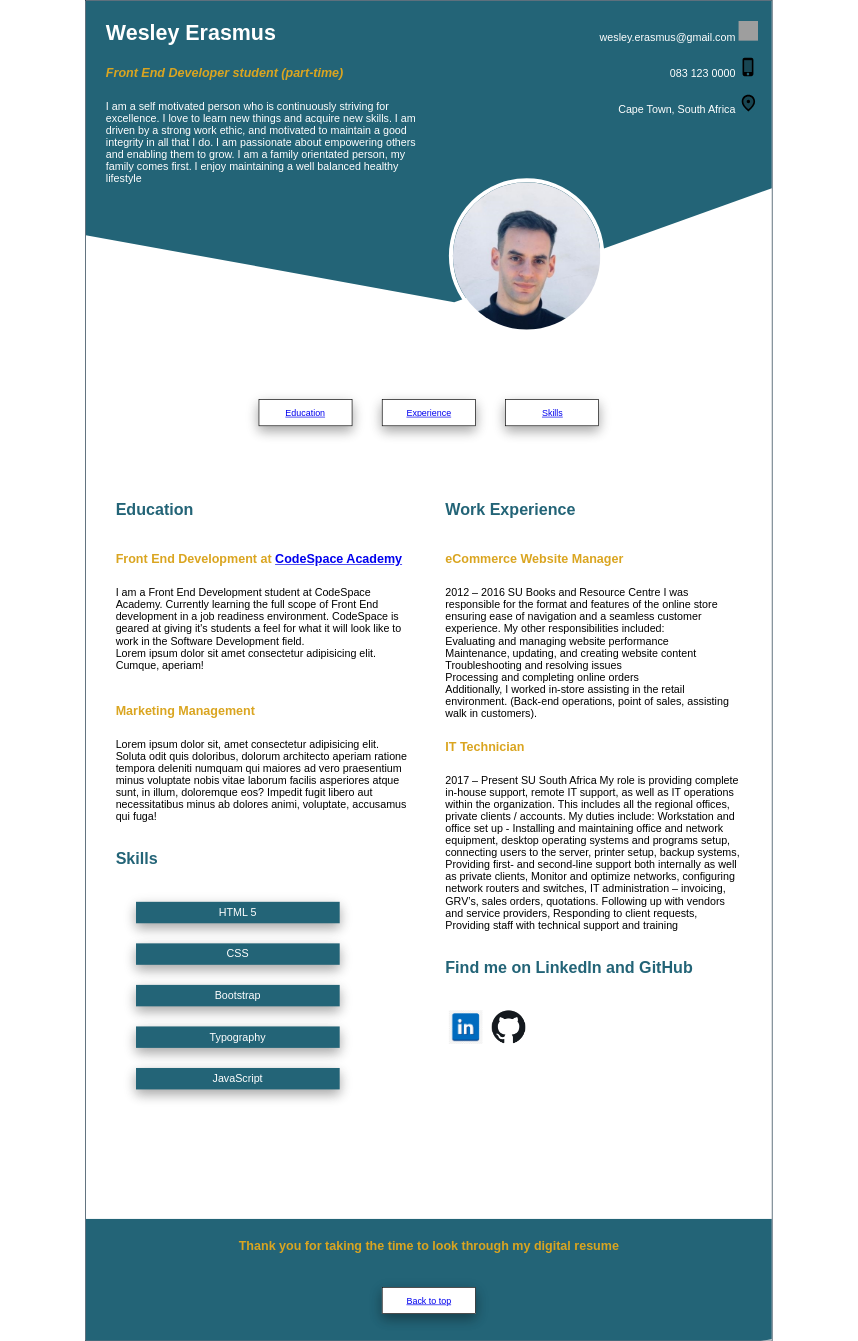
Repository: WesleyErasmus/myDigitalResume
Page: Resume-Projec-3/index.html
An editor plug-in stored every save of this project. The page is shown before and after the next save, followed by the edit.
The browser window is 1280 px wide. The pictures show the whole page, at 67% of full size.
Pictures or frames that could not be fetched are drawn as grey boxes.

Above is the page before, as saved 2022-02-12 23:06:02.

After the next save:
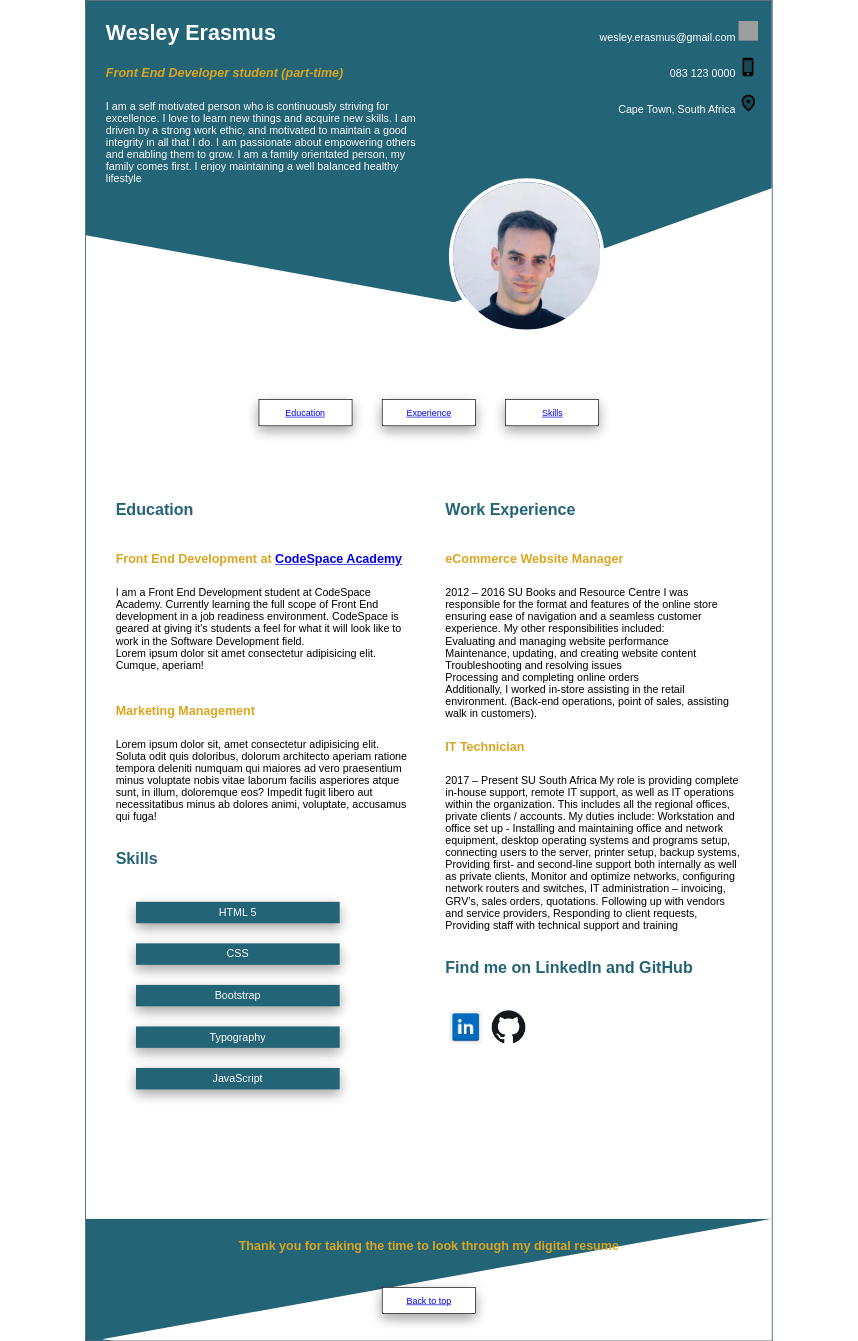
Saved 12 s later.
--- a/Resume-Projec-3/index.html
+++ b/Resume-Projec-3/index.html
@@ -112,7 +112,7 @@
     <svg class="svg-bot">
       <!-- <rect width="100%" height="100%" fill="red" />
       <circle cx="100%" cy="100%" r="150" fill="blue" stroke="black" /> -->
-      <polygon points="0,0 1024,0 1024,180 550,250 0,350" fill="#236477"/>
+      <polygon points="0,0 1024,0 24,180 550,250 0,350" fill="#236477"/>
     </svg>
 
   </footer>

After the save that followed:
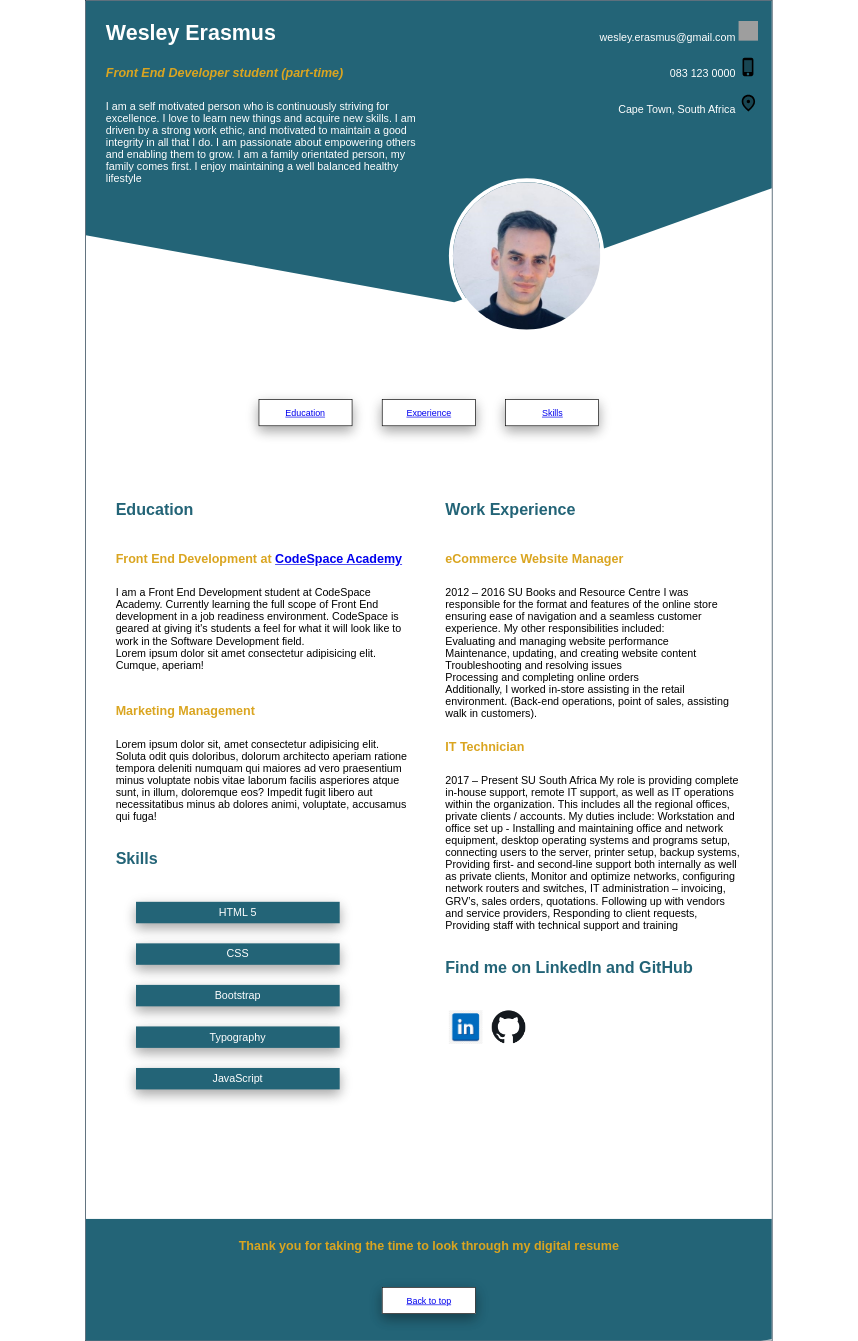
Saved 4 s later.
--- a/Resume-Projec-3/index.html
+++ b/Resume-Projec-3/index.html
@@ -112,7 +112,7 @@
     <svg class="svg-bot">
       <!-- <rect width="100%" height="100%" fill="red" />
       <circle cx="100%" cy="100%" r="150" fill="blue" stroke="black" /> -->
-      <polygon points="0,0 1024,0 24,180 550,250 0,350" fill="#236477"/>
+      <polygon points="0,0 1024,0 1024,180 550,250 0,350" fill="#236477"/>
     </svg>
 
   </footer>
